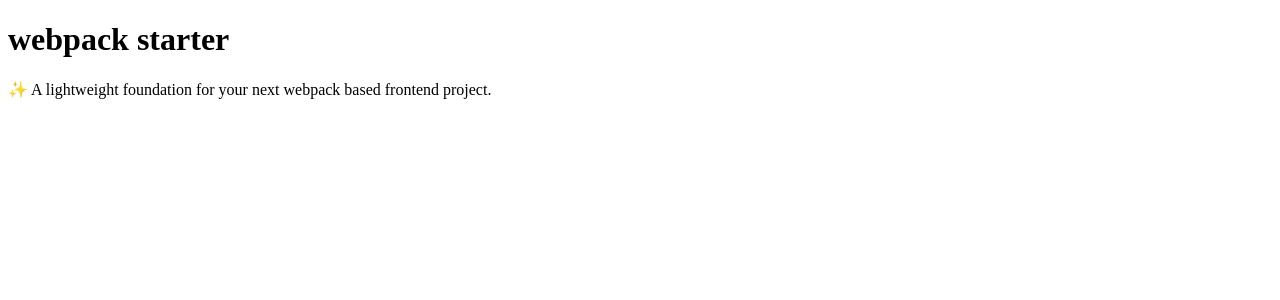
Repository: gabydevdev/webpack-starter
Page: src/index.html
The author's editor kept a copy of each file at every save. The page is drawn from the files as they stood at one save, then again after the next save.
The browser window is 1280 px wide. The pictures show the whole page.

Above is the page before, as saved 2023-03-31 12:22:06.

After the next save:
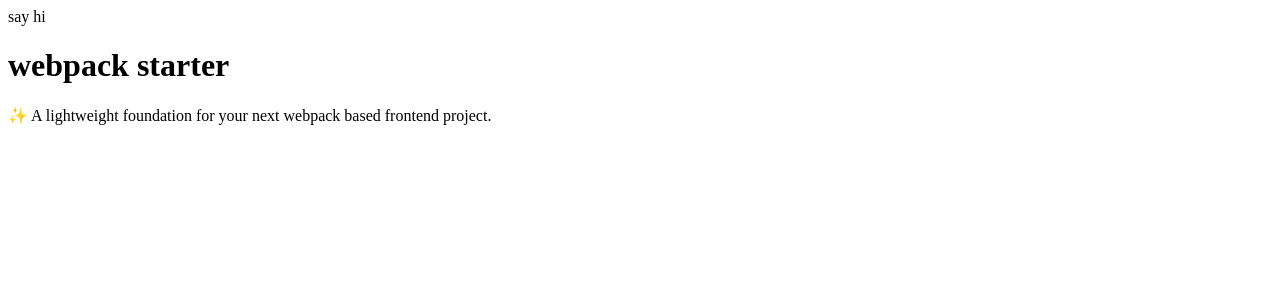
Saved 27 s later.
--- a/src/index.html
+++ b/src/index.html
@@ -7,6 +7,7 @@
   <meta name="description" content="A light foundation for your next frontend project based on webpack.">
 </head>
 <body>
+  say hi
   <h1>webpack starter</h1>
   <p>✨ A lightweight foundation for your next webpack based frontend project.</p>
 </body>

After the save that followed:
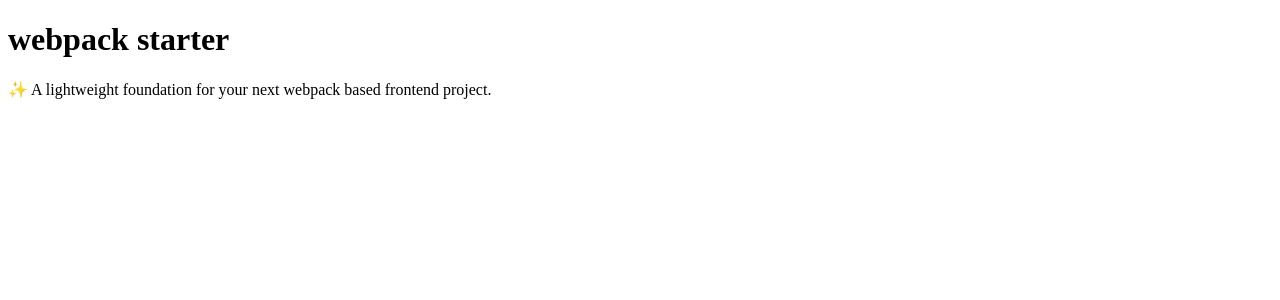
Saved 10 s later.
--- a/src/index.html
+++ b/src/index.html
@@ -7,7 +7,6 @@
   <meta name="description" content="A light foundation for your next frontend project based on webpack.">
 </head>
 <body>
-  say hi
   <h1>webpack starter</h1>
   <p>✨ A lightweight foundation for your next webpack based frontend project.</p>
 </body>
